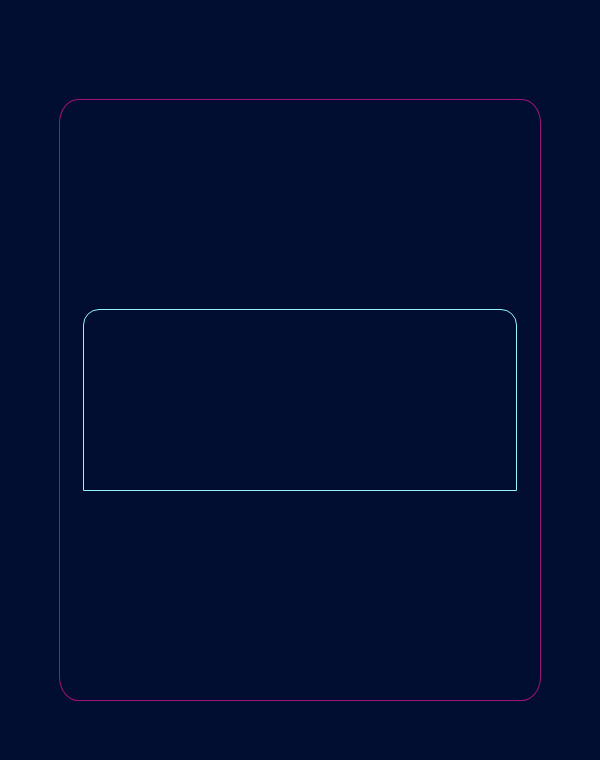
Repository: 2001mariana/Calculator_react
Page: /
The author's editor kept a copy of each file at every save. The page is drawn from the files as they stood at one save, then again after a run of saves.
The browser window is 600 px wide. The pictures show the whole page.
The project was rebuilt for these pictures with package versions that can differ from the ones it lists, and the page was loaded fresh each time.

Above is the page before, as saved 2023-02-06 17:34:15.

After the next 3 saves:
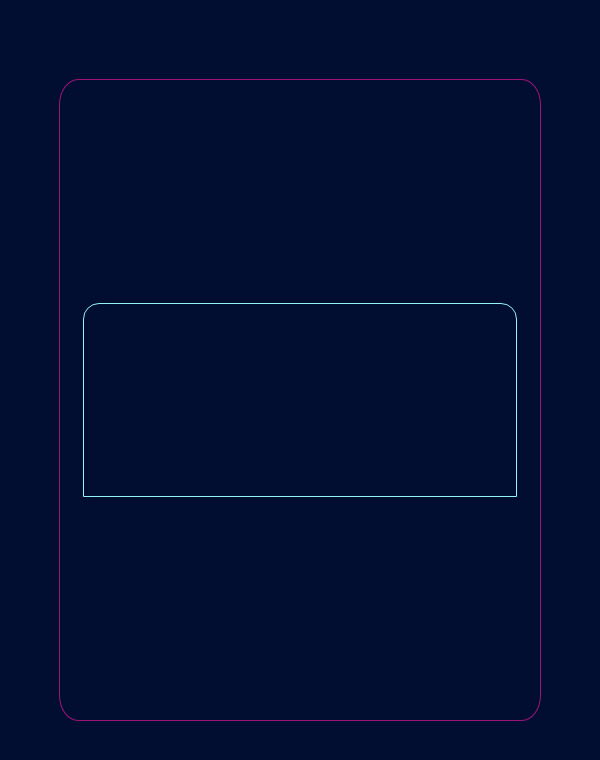
The 3 saves are shown as one change because they came seconds apart.
The last was saved 7 s later.
--- a/src/App.css
+++ b/src/App.css
@@ -61,6 +61,7 @@
 @media (max-width: 680px) {
   .Calculator__body {
     width: 80vw;
+    height: 80vh;
   }
 }
 
